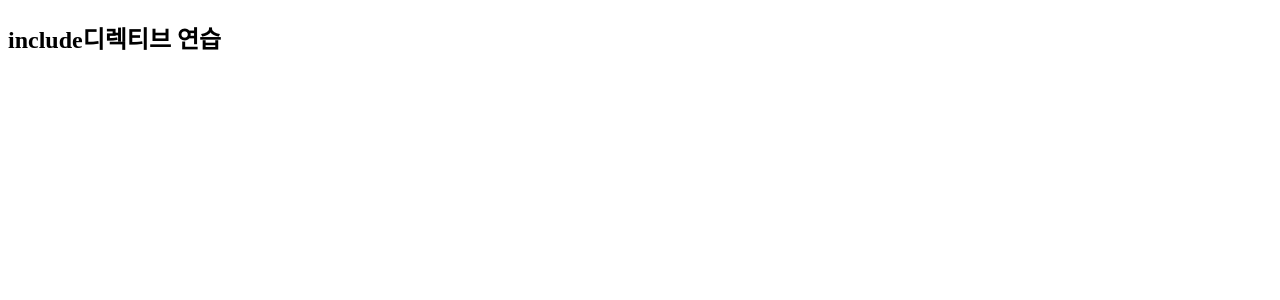
Repository: gugucon-hwan/ForStudyJSP
Page: http://localhost/StudyBasicJSP/ch04/includeDirective.jsp
These files come from the project's save history. The page is drawn as it stood at one moment and after the next save; the edit follows.
The browser window is 1280 px wide. The pictures show the whole page.
The page is served by Tomcat 9. Other server files are loaded and not shown.

Above is the page before, as saved 2020-08-13 12:19:59.

### StudyBasicJSP/WebContent/ch04/includeDirective.jsp
<%@ page language="java" contentType="text/html; charset=UTF-8"
    pageEncoding="UTF-8"%>
<!DOCTYPE html>
<html>
<head>
<meta charset="UTF-8">
<title>include디렉티브 연습</title>
</head>
<body>
	<h2>include디렉티브 연습</h2>
	<%

	%>
</body>
</html>

Loaded but not shown: StudyBasicJSP/WebContent/ch04/top.jsp (common file); StudyBasicJSP/WebContent/ch04/bottom.jsp (common file)

After the next save:
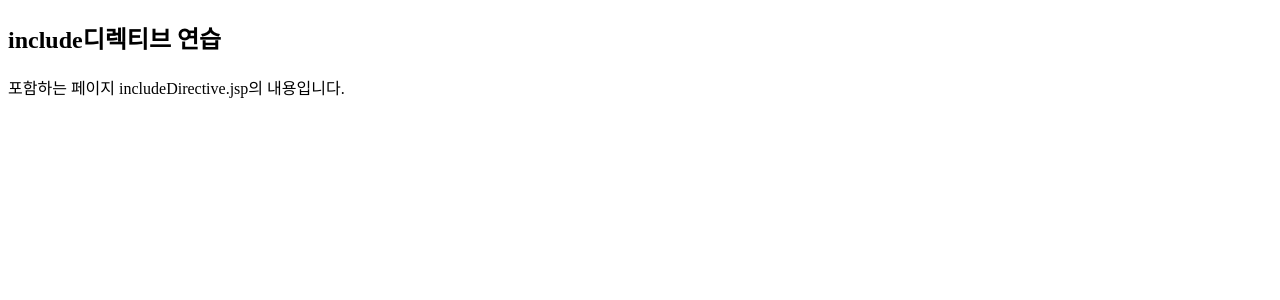
Saved 49 s later.
--- a/StudyBasicJSP/WebContent/ch04/includeDirective.jsp
+++ b/StudyBasicJSP/WebContent/ch04/includeDirective.jsp
@@ -9,7 +9,10 @@
 <body>
 	<h2>include디렉티브 연습</h2>
 	<%
-
+		String name="Kim";
 	%>
+	<%@include file="top.jsp" %>
+	포함하는 페이지 includeDirective.jsp의 내용입니다.
+	<%@include file="bottom.jsp" %>
 </body>
 </html>
